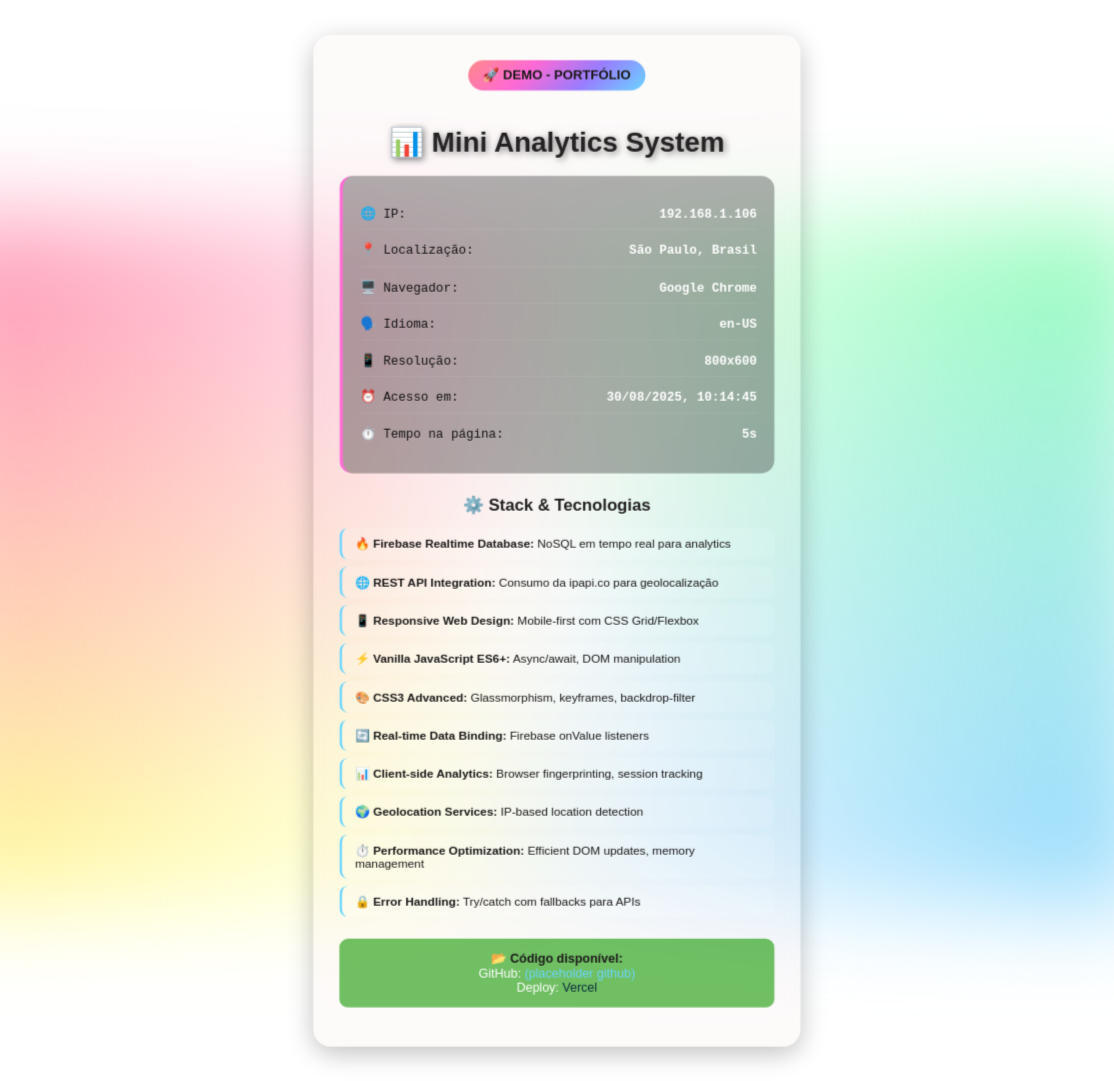
Repository: nardogod/mini-analytics
Page: mini.html
The author's editor kept a copy of each file at every save. The page is drawn from the files as they stood at one save, then again after the next save.
The browser window is 1280 px wide. The pictures show the whole page, at 87% of full size.

Above is the page before, as saved 2025-08-30 10:53:46.

After the next save:
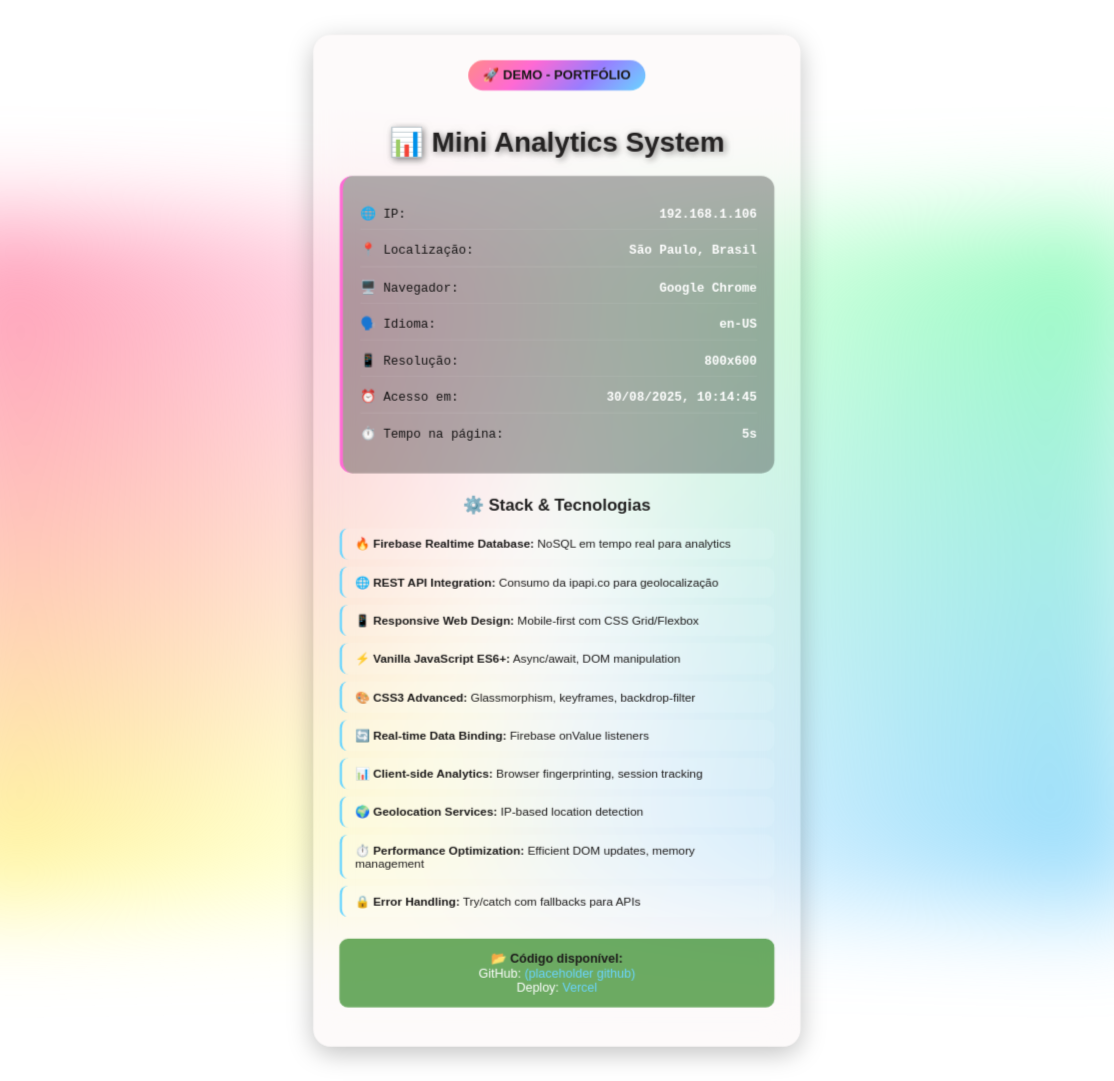
Saved 17 s later.
--- a/mini.html
+++ b/mini.html
@@ -275,7 +275,7 @@
         <div style="margin-top: 25px; text-align: center; font-size: 0.9rem">
           <div
             style="
-              background: rgba(26, 156, 8, 0.623);
+              background: rgba(20, 122, 7, 0.623);
               padding: 15px;
               border-radius: 10px;
               margin: 15px 0;
@@ -285,7 +285,7 @@
             <span style="color: #ffffff">GitHub: </span
             ><span style="color: #6ad5ff">(placeholder github)</span><br />
             <span style="color: #ffffff">Deploy: </span
-            ><span style="color: #0a2b3a">Vercel</span>
+            ><span style="color: #6ad5ff">Vercel</span>
           </div>
         </div>
       </div>
